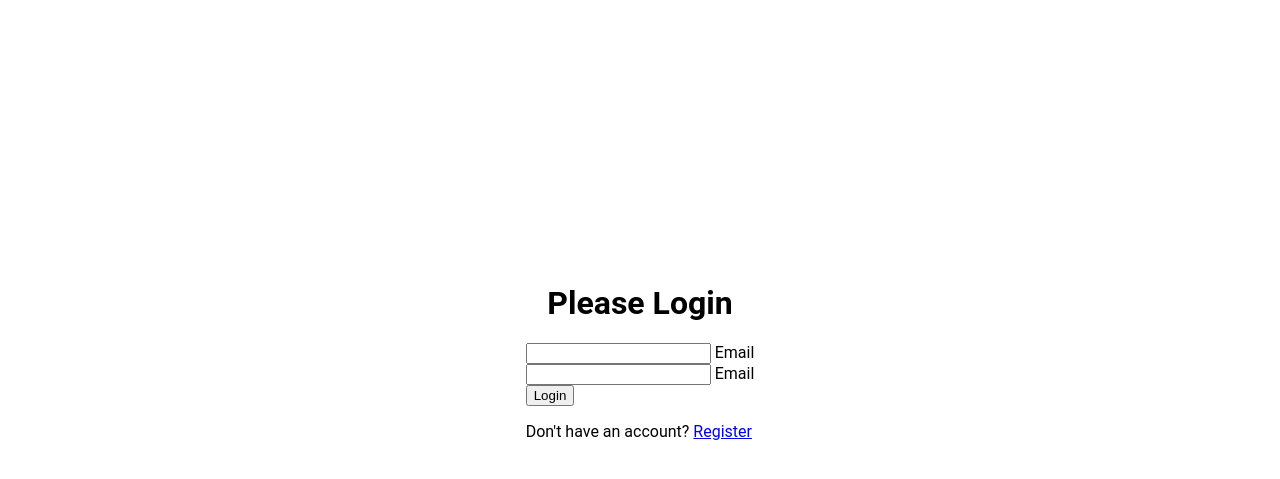
Repository: eagle-tex/50-projects-BT
Page: 08-form-wave-animation/index.html
The author's editor kept a copy of each file at every save. The page is drawn from the files as they stood at one save, then again after the next save.
The browser window is 1280 px wide. The pictures show the whole page.
Some web fonts or font styles are not loaded; a fallback is used.

Above is the page before, as saved 2021-01-07 23:18:32.

After the next save:
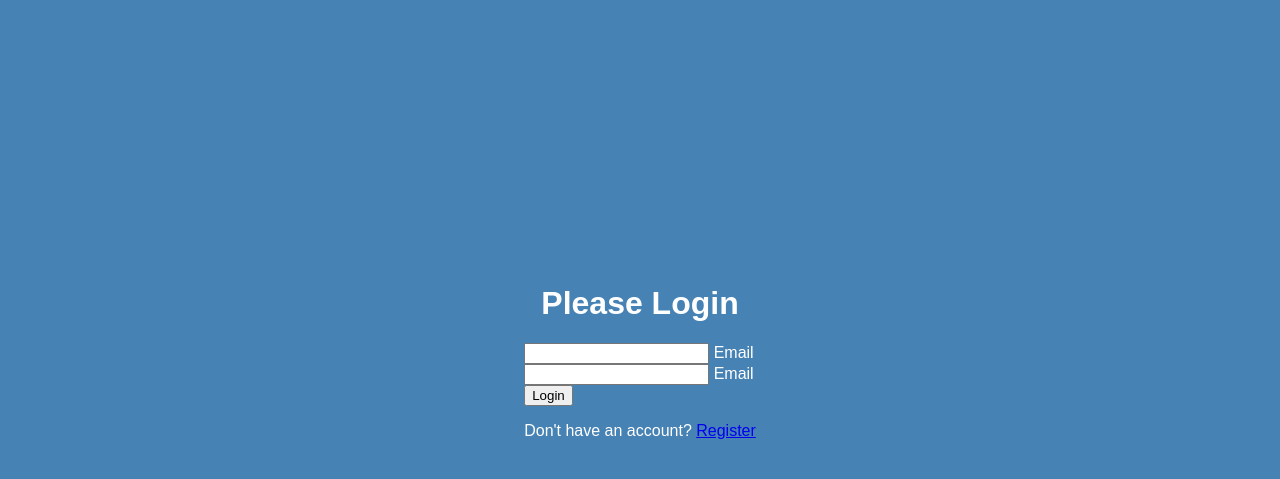
Saved 54 s later.
--- a/08-form-wave-animation/style.css
+++ b/08-form-wave-animation/style.css
@@ -5,7 +5,9 @@
 }
 
 body {
-  font-family: 'Roboto', sans-serif;
+  background-color: steelblue;
+  color: #fff;
+  font-family: 'Muli', sans-serif;
   display: flex;
   flex-direction: column;
   align-items: center;
